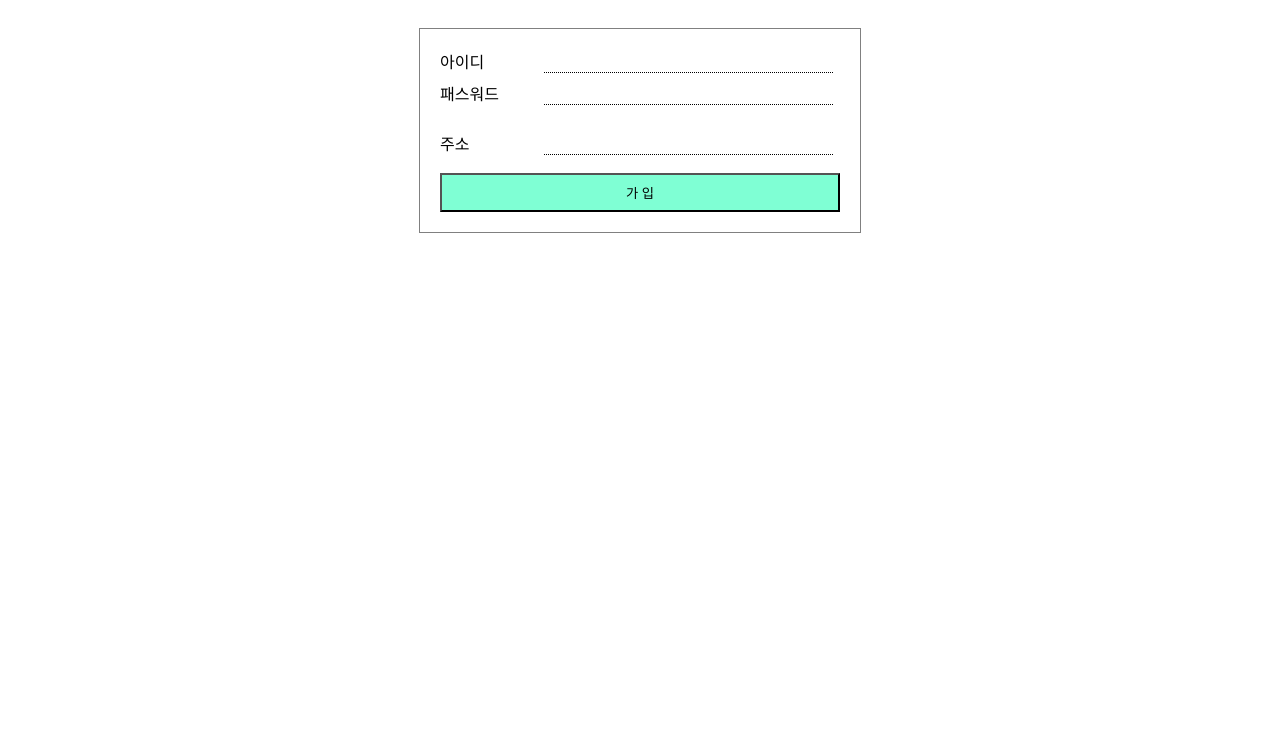
Repository: hyunhub-Park/jspStudy
Page: jspStudy/src/main/webapp/member/write.html
These files come from the project's save history. The page is drawn as it stood at one moment and after the next save; the edit follows.
The browser window is 1280 px wide. The pictures show the whole page.

Above is the page before, as saved 2024-12-03 08:40:16.

After the next save:
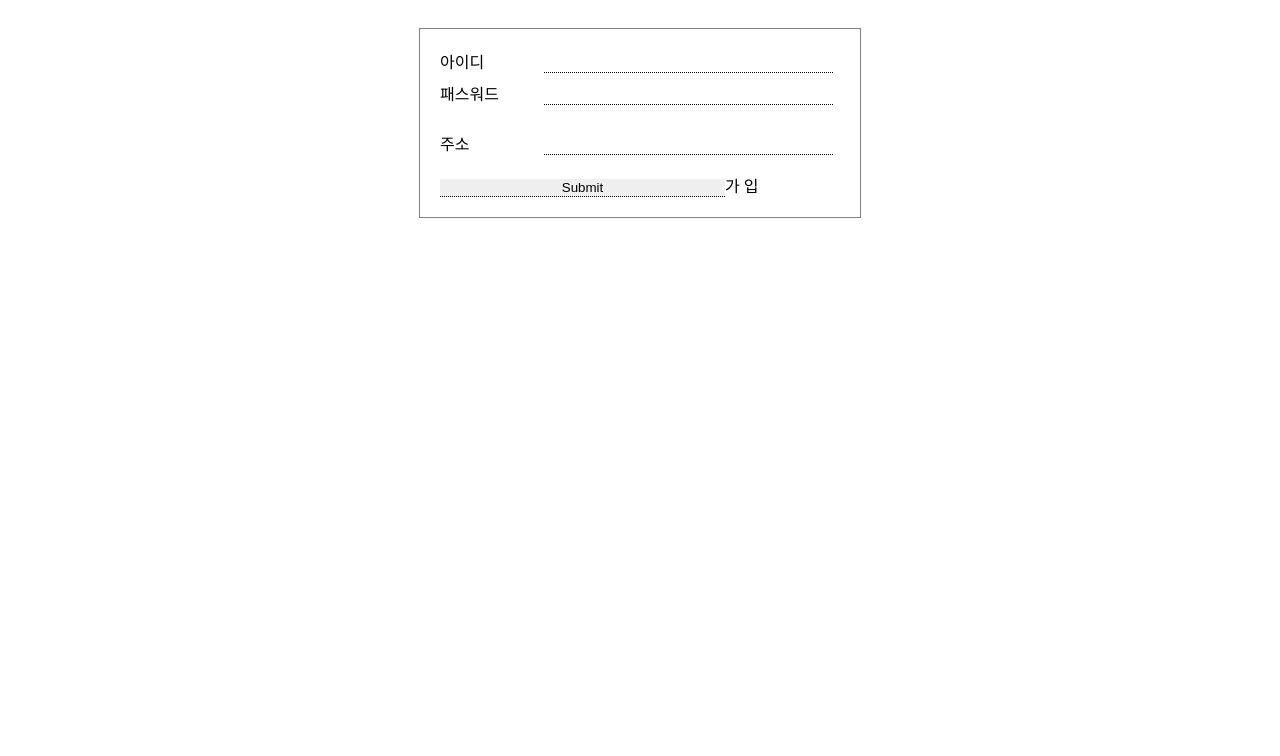
Saved 47 s later.
--- a/jspStudy/src/main/webapp/member/write.html
+++ b/jspStudy/src/main/webapp/member/write.html
@@ -117,7 +117,7 @@
         <input type="text" name="addr1" id="addr1"> <br> <br>
         <!-- <input type="text" name="addr2" id="addr2"> <br> <br> -->
 
-        <button type="submit">가 입</button>
+        <input type="submit">가 입</input>
     </form>
 </body>
 </html>
